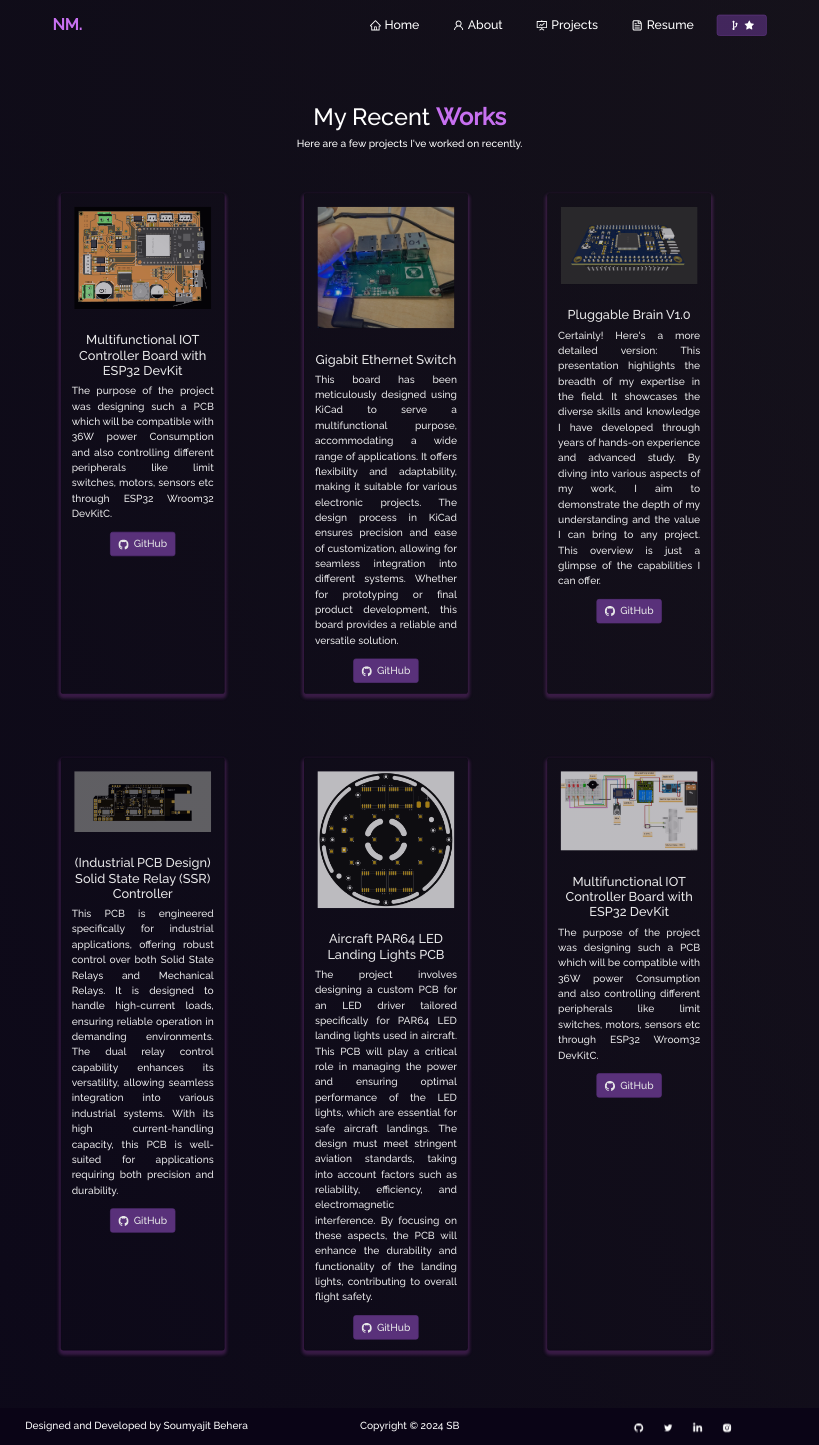
Repository: nenadMarkorvic/personal-website
Page: /project
An editor plug-in stored every save of this project. The page is shown before and after the next save, followed by the edit.
The browser window is 1280 px wide. The pictures show the whole page, at 64% of full size.
The project was rebuilt for these pictures with package versions that can differ from the ones it lists, and the page was loaded fresh each time. Also part of the build but not shown: src/components/Home/Home2.js, src/components/Home/Type.js, src/components/Home/Home.js, src/components/About/Github.js, src/components/About/AboutCard.js, src/components/About/Toolstack.js, src/components/About/About.js, src/components/Resume/ResumeNew.js. Imported but missing from the stored project, and not drawn on this page: src/Assets/Nenad Markovic_pcb.pdf.

Above is the page before, as saved 2024-08-29 11:54:57.

### src/components/Navbar.js
import React, { useState } from "react";
import Navbar from "react-bootstrap/Navbar";
import Nav from "react-bootstrap/Nav";
import Container from "react-bootstrap/Container";
import Button from "react-bootstrap/Button";
import { Link } from "react-router-dom";
import { CgGitFork } from "react-icons/cg";
import {
  AiFillStar,
  AiOutlineHome,
  AiOutlineFundProjectionScreen,
  AiOutlineUser,
} from "react-icons/ai";

import { CgFileDocument } from "react-icons/cg";

function NavBar() {
  const [expand, updateExpanded] = useState(false);
  const [navColour, updateNavbar] = useState(false);

  function scrollHandler() {
    if (window.scrollY >= 20) {
      updateNavbar(true);
    } else {
      updateNavbar(false);
    }
  }

  window.addEventListener("scroll", scrollHandler);

  return (
    <Navbar
      expanded={expand}
      fixed="top"
      expand="md"
      className={navColour ? "sticky" : "navbar"}
    >
      <Container>
        <Navbar.Brand href="/" className="d-flex">
          <p style={{ paddingTop: "10px", fontWeight: "bold", fontSize: "25px", color: "#c770f0" }}>NM.</p>
        </Navbar.Brand>
        <Navbar.Toggle
          aria-controls="responsive-navbar-nav"
          onClick={() => {
            updateExpanded(expand ? false : "expanded");
          }}
        >
          <span></span>
          <span></span>
          <span></span>
        </Navbar.Toggle>
        <Navbar.Collapse id="responsive-navbar-nav">
          <Nav className="ms-auto" defaultActiveKey="#home">
            <Nav.Item>
              <Nav.Link as={Link} to="/" onClick={() => updateExpanded(false)}>
                <AiOutlineHome style={{ marginBottom: "2px" }} /> Home
              </Nav.Link>
            </Nav.Item>

            <Nav.Item>
              <Nav.Link
                as={Link}
                to="/about"
                onClick={() => updateExpanded(false)}
              >
                <AiOutlineUser style={{ marginBottom: "2px" }} /> About
              </Nav.Link>
            </Nav.Item>

            <Nav.Item>
              <Nav.Link
                as={Link}
                to="/project"
                onClick={() => updateExpanded(false)}
              >
                <AiOutlineFundProjectionScreen
                  style={{ marginBottom: "2px" }}
                />{" "}
                Projects
              </Nav.Link>
            </Nav.Item>

            <Nav.Item>
              <Nav.Link
                as={Link}
                to="/resume"
                onClick={() => updateExpanded(false)}
              >
                <CgFileDocument style={{ marginBottom: "2px" }} /> Resume
              </Nav.Link>
            </Nav.Item>

            <Nav.Item className="fork-btn">
              <Button
                href="https://github.com/nenadMarkorvic"
                target="_blank"
                className="fork-btn-inner"
              >
                <CgGitFork style={{ fontSize: "1.2em" }} />{" "}
                <AiFillStar style={{ fontSize: "1.1em" }} />
              </Button>
            </Nav.Item>
          </Nav>
        </Navbar.Collapse>
      </Container>
    </Navbar>
  );
}

export default NavBar;

### src/components/Projects/Projects.js
import React from "react";
import { Container, Row, Col } from "react-bootstrap";
import ProjectCard from "./ProjectCards";
import Particle from "../Particle";

import project1 from '../../Assets/Projects/1.png';
import project2 from '../../Assets/Projects/2.png';
import project3 from '../../Assets/Projects/3.png';
import project4 from '../../Assets/Projects/4.png';
import project5 from '../../Assets/Projects/5.png';
import project6 from '../../Assets/Projects/6.png';

function Projects() {
  return (
    <Container fluid className="project-section">
      <Particle />
      <Container>
        <h1 className="project-heading">
          My Recent <strong className="purple">Works </strong>
        </h1>
        <p style={{ color: "white" }}>
          Here are a few projects I've worked on recently.
        </p>
        <Row style={{ justifyContent: "center", paddingBottom: "10px" }}>
          <Col md={4} className="project-card">
            <ProjectCard
              imgPath={project1}
              isBlog={false}
              title="Multifunctional IOT Controller Board with ESP32 DevKit"
              description="The purpose of the project was designing such a PCB which will be compatible with 36W power Consumption and also controlling different peripherals like limit switches, motors, sensors etc through ESP32 Wroom32 DevKitC."
              ghLink=""
            />
          </Col>
          <Col md={4} className="project-card">
            <ProjectCard
              imgPath={project2}
              isBlog={false}
              title="Gigabit Ethernet Switch"
              description="This board has been meticulously designed using KiCad to serve a multifunctional purpose, accommodating a wide range of applications. It offers flexibility and adaptability, making it suitable for various electronic projects. The design process in KiCad ensures precision and ease of customization, allowing for seamless integration into different systems. Whether for prototyping or final product development, this board provides a reliable and versatile solution."
              ghLink=""
            />
          </Col><Col md={4} className="project-card">
            <ProjectCard
              imgPath={project3}
              isBlog={false}
              title="Pluggable Brain V1.0"
              description="Certainly! Here's a more detailed version:
This presentation highlights the breadth of my expertise in the field. It showcases the diverse skills and knowledge I have developed through years of hands-on experience and advanced study. By diving into various aspects of my work, I aim to demonstrate the depth of my understanding and the value I can bring to any project. This overview is just a glimpse of the capabilities I can offer."
              ghLink=""
            />
          </Col><Col md={4} className="project-card">
            <ProjectCard
              imgPath={project4}
              isBlog={false}
              title="(Industrial PCB Design) Solid State Relay (SSR) Controller"
              description="
This PCB is engineered specifically for industrial applications, offering robust control over both Solid State Relays and Mechanical Relays. It is designed to handle high-current loads, ensuring reliable operation in demanding environments. The dual relay control capability enhances its versatility, allowing seamless integration into various industrial systems. With its high current-handling capacity, this PCB is well-suited for applications requiring both precision and durability."
              ghLink=""
            />
          </Col><Col md={4} className="project-card">
            <ProjectCard
              imgPath={project5}
              isBlog={false}
              title="Aircraft PAR64 LED Landing Lights PCB"
              description="The project involves designing a custom PCB for an LED driver tailored specifically for PAR64 LED landing lights used in aircraft. This PCB will play a critical role in managing the power and ensuring optimal performance of the LED lights, which are essential for safe aircraft landings. The design must meet stringent aviation standards, taking into account factors such as reliability, efficiency, and electromagnetic interference. By focusing on these aspects, the PCB will enhance the durability and functionality of the landing lights, contributing to overall flight safety."
              ghLink=""
            />
          </Col><Col md={4} className="project-card">
            <ProjectCard
              imgPath={project6}
              isBlog={false}
              title="Multifunctional IOT Controller Board with ESP32 DevKit"
              description="The purpose of the project was designing such a PCB which will be compatible with 36W power Consumption and also controlling different peripherals like limit switches, motors, sensors etc through ESP32 Wroom32 DevKitC."
              ghLink=""
            />
          </Col>

        </Row>
      </Container>
    </Container>
  );
}

export default Projects;

### src/components/Footer.js
import React from "react";
import { Container, Row, Col } from "react-bootstrap";
import {
  AiFillGithub,
  AiOutlineTwitter,
  AiFillInstagram,
} from "react-icons/ai";
import { FaLinkedinIn } from "react-icons/fa";

function Footer() {
  let date = new Date();
  let year = date.getFullYear();
  return (
    <Container fluid className="footer">
      <Row>
        <Col md="4" className="footer-copywright">
          <h3>Designed and Developed by Soumyajit Behera</h3>
        </Col>
        <Col md="4" className="footer-copywright">
          <h3>Copyright © {year} SB</h3>
        </Col>
        <Col md="4" className="footer-body">
          <ul className="footer-icons">
            <li className="social-icons">
              <a
                href="https://github.com/soumyajit4419"
                style={{ color: "white" }}
                target="_blank"
                rel="noopener noreferrer"
              >
                <AiFillGithub />
              </a>
            </li>
            <li className="social-icons">
              <a
                href="https://twitter.com/Soumyajit4419"
                style={{ color: "white" }}
                target="_blank"
                rel="noopener noreferrer"
              >
                <AiOutlineTwitter />
              </a>
            </li>
            <li className="social-icons">
              <a
                href="https://www.linkedin.com/in/soumyajit4419/"
                style={{ color: "white" }}
                target="_blank"
                rel="noopener noreferrer"
              >
                <FaLinkedinIn />
              </a>
            </li>
            <li className="social-icons">
              <a
                href="https://www.instagram.com/soumyajit4419"
                style={{ color: "white" }}
                target="_blank"
                rel="noopener noreferrer"
              >
                <AiFillInstagram />
              </a>
            </li>
          </ul>
        </Col>
      </Row>
    </Container>
  );
}

export default Footer;

### src/components/Particle.js
import React from "react";
import Particles from "react-tsparticles";

function Particle() {
  return (
    <Particles
      id="tsparticles"
      params={{
        particles: {
          number: {
            value: 160,
            density: {
              enable: true,
              value_area: 1500,
            },
          },
          line_linked: {
            enable: false,
            opacity: 0.03,
          },
          move: {
            direction: "right",
            speed: 0.05,
          },
          size: {
            value: 1,
          },
          opacity: {
            anim: {
              enable: true,
              speed: 1,
              opacity_min: 0.05,
            },
          },
        },
        interactivity: {
          events: {
            onclick: {
              enable: true,
              mode: "push",
            },
          },
          modes: {
            push: {
              particles_nb: 1,
            },
          },
        },
        retina_detect: true,
      }}
    />
  );
}

export default Particle;

### src/components/Projects/ProjectCards.js
import React from "react";
import Card from "react-bootstrap/Card";
import Button from "react-bootstrap/Button";
import { CgWebsite } from "react-icons/cg";
import { BsGithub } from "react-icons/bs";

function ProjectCards(props) {
  return (
    <Card className="project-card-view" style={{ width: '20vw' }}>
      <Card.Img variant="top" src={props.imgPath} alt="card-img" />
      <Card.Body>
        <Card.Title>{props.title}</Card.Title>
        <Card.Text style={{ textAlign: "justify" }}>
          {props.description}
        </Card.Text>
        <Button variant="primary" href={props.ghLink} target="_blank">
          <BsGithub /> &nbsp;
          {props.isBlog ? "Blog" : "GitHub"}
        </Button>
        {"\n"}
        {"\n"}
      </Card.Body>
    </Card>
  );
}
export default ProjectCards;

Loaded but not shown: public/index.html (common file); src/index.js (common file); src/index.css (common file); src/App.js (common file); src/reportWebVitals.js (common file); src/components/Pre.js (common file); src/components/ScrollToTop.js (common file); src/style.css (common file); src/App.css (common file)

After the next save:
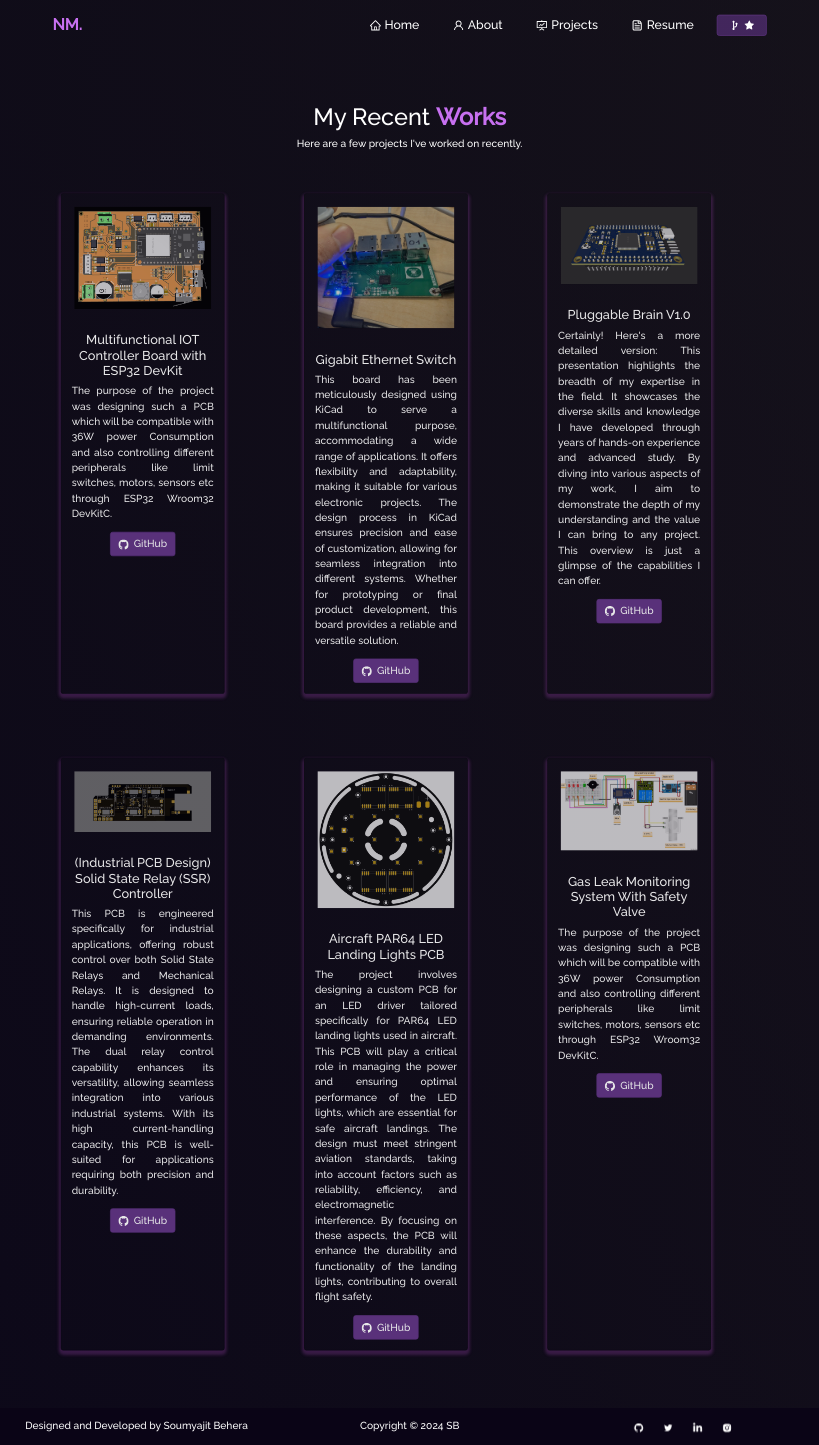
Saved 9 s later.
--- a/src/components/Projects/Projects.js
+++ b/src/components/Projects/Projects.js
@@ -69,7 +69,7 @@
             <ProjectCard
               imgPath={project6}
               isBlog={false}
-              title="Multifunctional IOT Controller Board with ESP32 DevKit"
+              title="Gas Leak Monitoring System With Safety Valve"
               description="The purpose of the project was designing such a PCB which will be compatible with 36W power Consumption and also controlling different peripherals like limit switches, motors, sensors etc through ESP32 Wroom32 DevKitC."
               ghLink=""
             />
